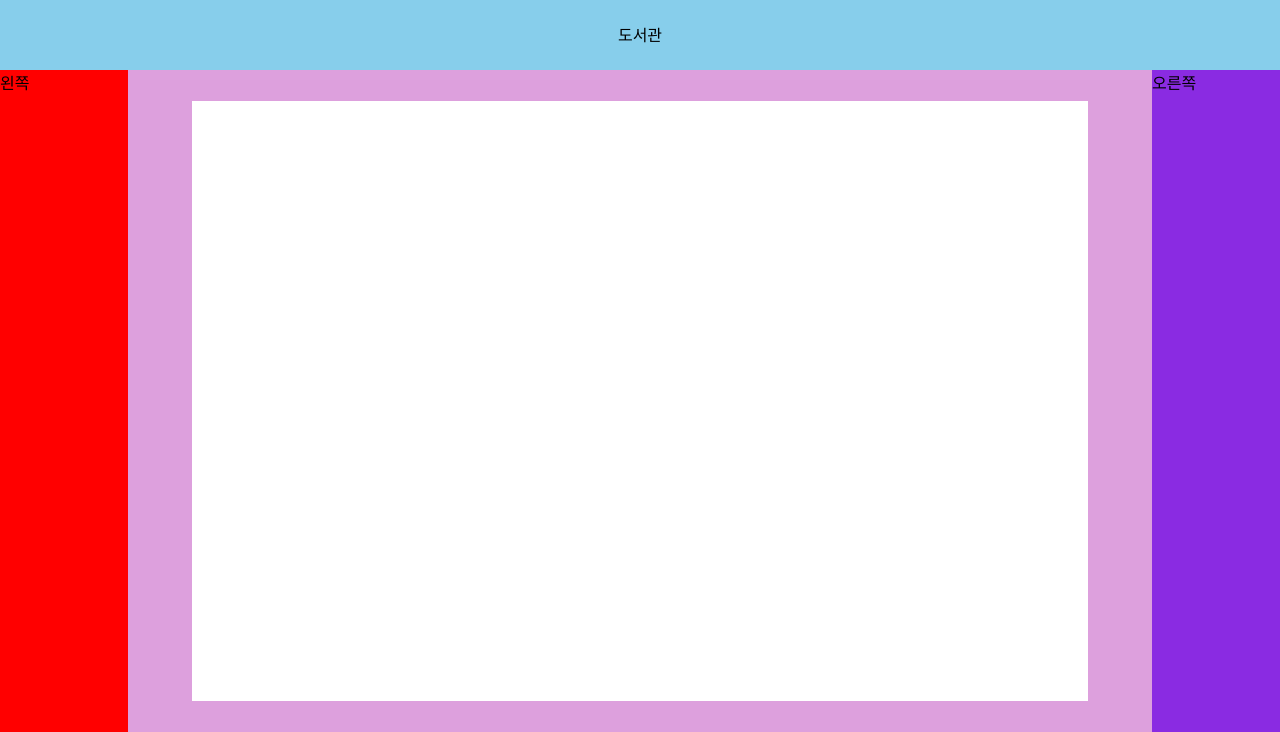
Repository: sojihwan/API_-Multi
Page: / (app in API/)
These files come from the project's save history. The page is drawn as it stood at one moment and after the next save; the edit follows.
The browser window is 1280 px wide. The pictures show the whole page.
The project was rebuilt for these pictures with package versions that can differ from the ones it lists, and the page was loaded fresh each time. Also part of the build but not shown: API/src/App.css.

Above is the page before, as saved 2022-05-24 15:32:38.

After the next save:
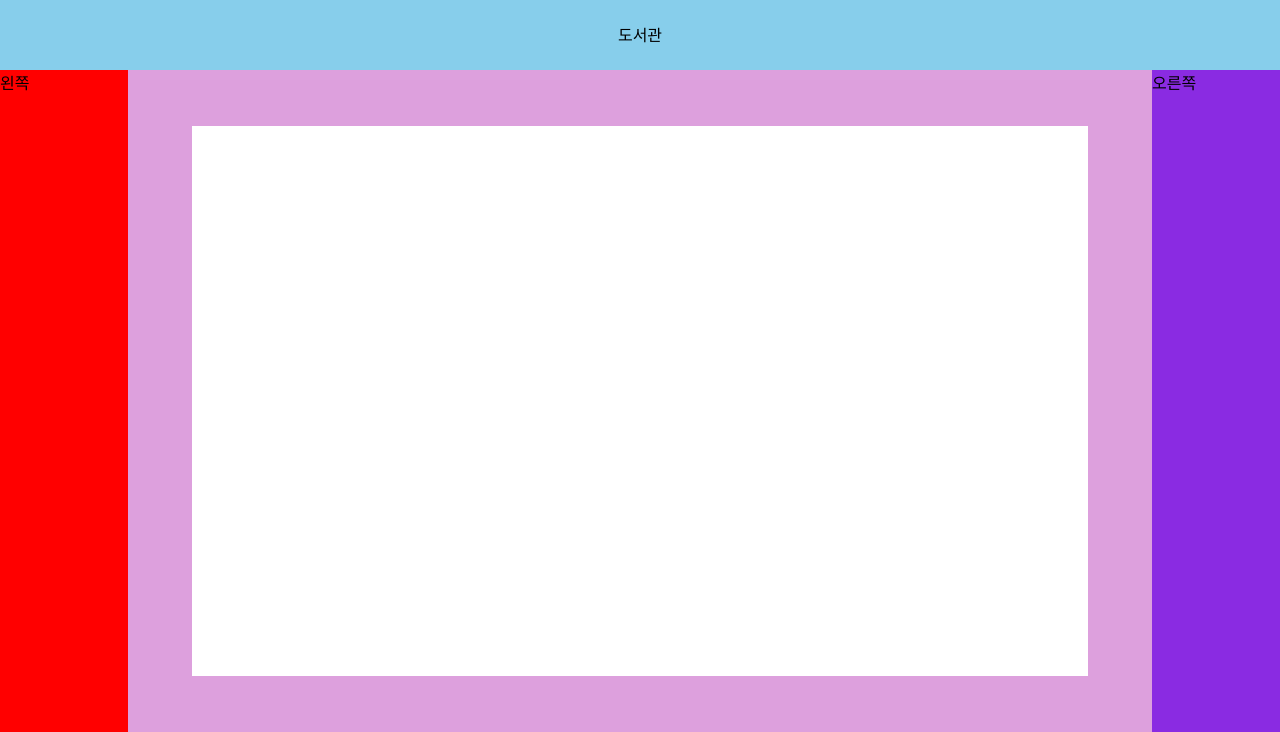
Saved 22 s later.
--- a/API/src/Layout/Section.css
+++ b/API/src/Layout/Section.css
@@ -1,6 +1,6 @@
 .section {
   width: 70%;
-  padding: 300px 0;
+  padding: 275px 0;
   text-align: center;
   background: white;
 }

After the save that followed:
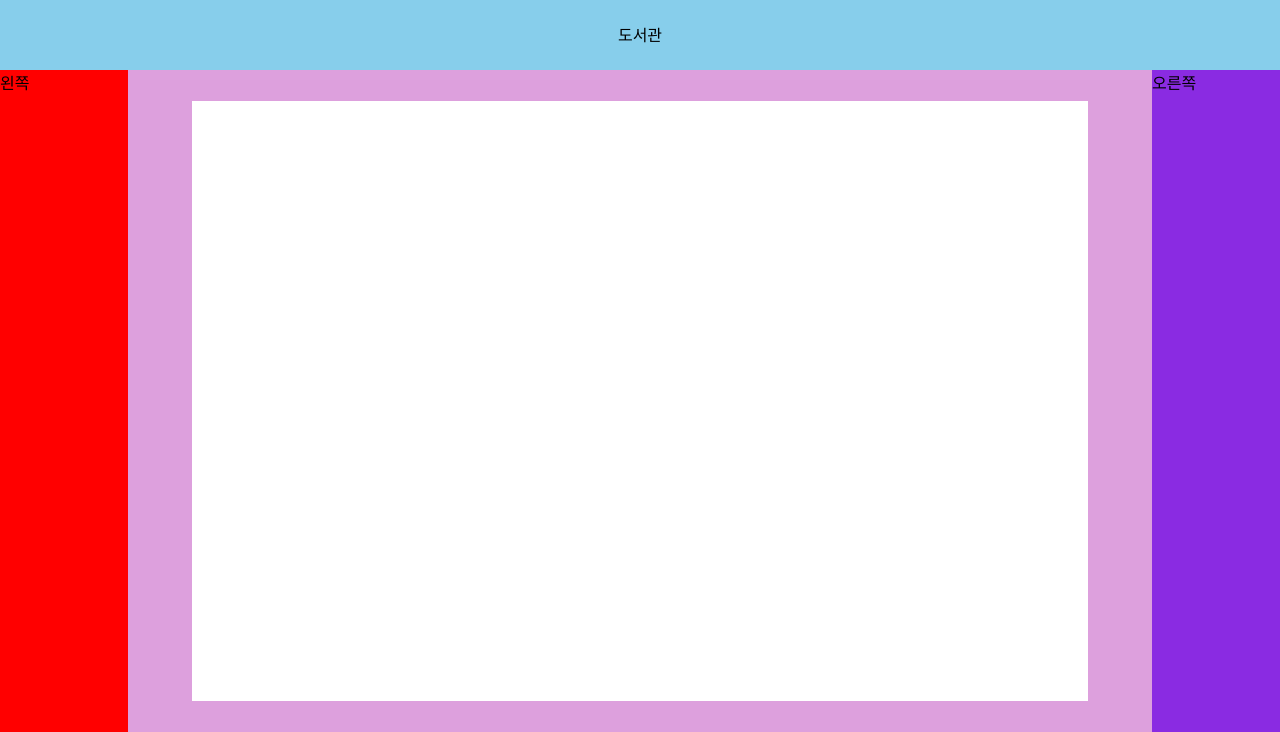
Saved 3 s later.
--- a/API/src/Layout/Section.css
+++ b/API/src/Layout/Section.css
@@ -1,6 +1,6 @@
 .section {
   width: 70%;
-  padding: 275px 0;
+  padding: 300px 0;
   text-align: center;
   background: white;
 }
